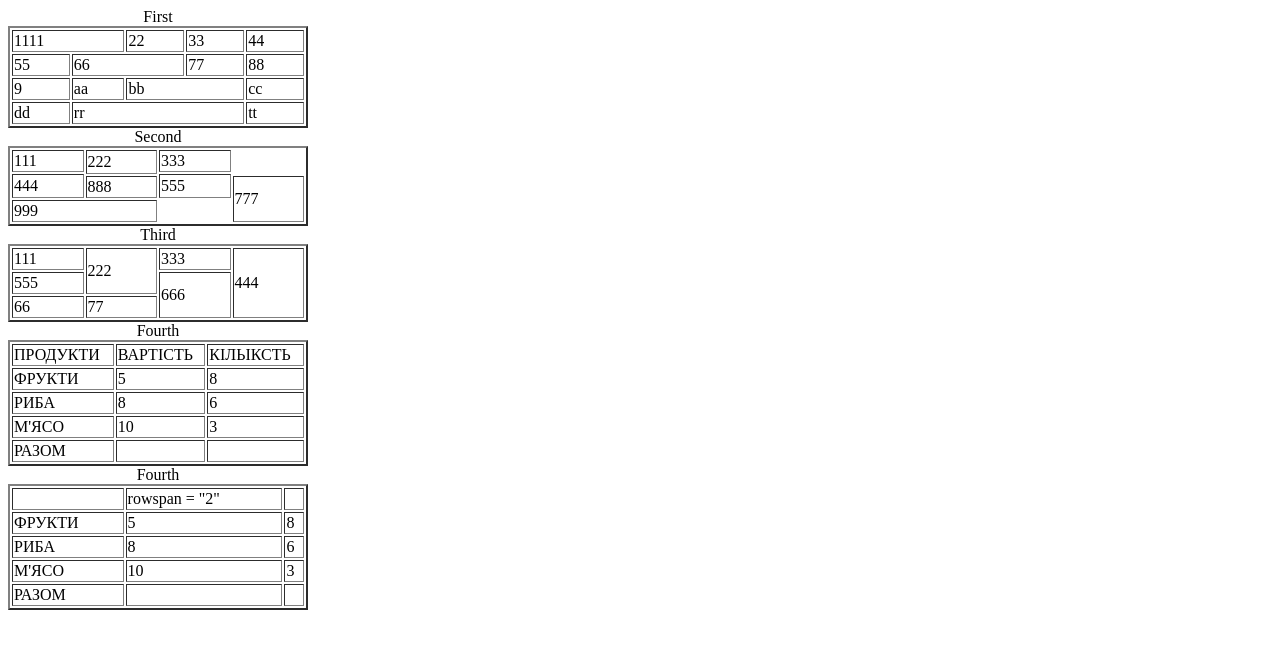
Repository: KseniaMakara/Web
Page: tables/index.html
The author's editor kept a copy of each file at every save. The page is drawn from the files as they stood at one save, then again after the next save.
The browser window is 1280 px wide. The pictures show the whole page.

Above is the page before, as saved 2021-02-14 14:44:14.

### tables/index.html
<table border="2px" width="300px">
    <caption> First <caption>
    <tr>
        <td colspan="2"> 1111 </td>
        <td> 22 </td>
        <td> 33 </td>
        <td> 44 </td>

    </tr>
    <tr>
        <td> 55 </td>
        <td colspan="2"> 66 </td>
        <td > 77 </td>
        <td> 88 </td>
    </tr>
    <tr>
        <td> 9 </td>
        <td > aa </td>
        <td colspan="2"> bb </td>
        <td> cc </td>
    </tr>
    <tr>
        <td> dd </td>
        <td colspan="3"> rr </td>
        <td> tt </td>
    </tr>

    </table>


    <table border="2px" width="300px">
        <caption> Second <caption>
        <tr>
            <td > 111 </td>
            <td rowspan="2">  222 </td>
            <td> 333 </td>

        </tr>
        <tr>
            <td rowspan="2"> 444 </td>
            <td rowspan="2"> 555 </td>

        </tr>
        <tr>
            <td> 888 </td>
            <td rowspan="3" > 777 </td>
        </tr>
        <tr>
            <td colspan = "2"> 999 </td>
        </tr>
        </table>

        <table border="2px" width="300px">
        <caption> Third <caption>
            <tr>
                <td > 111 </td>
                <td rowspan="2">  222 </td>
                <td> 333 </td>
                <td rowspan="3"> 444 </td>

            </tr>
            <tr>
                <td > 555 </td>
                <td rowspan="2"> 666 </td>

            </tr>
            <tr>
                <td> 66 </td>
                <td rowspan="3" > 77 </td>
            </tr>

            </table>

            <table border="2px" width="300px">
                <caption> Fourth <caption>
                    <tr>
                        <td > ПРОДУКТИ </td>
                        <td > ВАРТІСТЬ </td>
                        <td > КІЛЬІКСТЬ </td>

                    </tr>
                    <tr>
                        <td > ФРУКТИ </td>
                        <td > 5 </td>
                        <td > 8 </td>
                    </tr>

                    <tr>
                        <td > РИБА </td>
                        <td > 8 </td>
                        <td > 6 </td>
                    </tr>
                    <tr>
                        <td > М'ЯСО </td>
                        <td > 10 </td>
                        <td > 3 </td>
                    </tr>
                    <tr>
                        <td > РАЗОМ </td>
                        <td >  </td>
                        <td >  </td>
                    </tr>

                    </table>

                    <table border="2px" width="300px">
                <caption> Fourth <caption>
                    <tr>
                        <td >  </td>
                        <td > rowspan = "2" </td>
                        <td >  </td>

                    </tr>
                    <tr>
                        <td > ФРУКТИ </td>
                        <td > 5 </td>
                        <td > 8 </td>
                    </tr>

                    <tr>
                        <td > РИБА </td>
                        <td > 8 </td>
                        <td > 6 </td>
                    </tr>
                    <tr>
                        <td > М'ЯСО </td>
                        <td > 10 </td>
                        <td > 3 </td>
                    </tr>
                    <tr>
                        <td > РАЗОМ </td>
                        <td >  </td>
                        <td >  </td>
                    </tr>

                    </table>

After the next save:
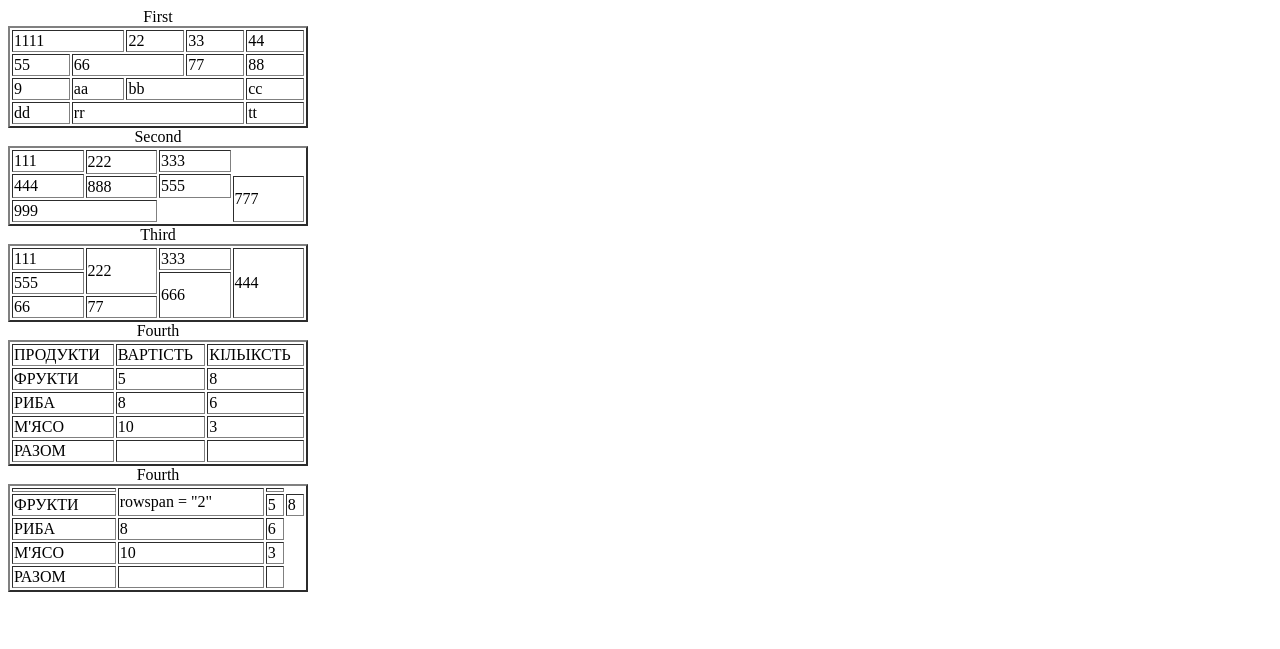
Saved 13 s later.
--- a/tables/index.html
+++ b/tables/index.html
@@ -107,7 +107,7 @@
                 <caption> Fourth <caption>
                     <tr>
                         <td >  </td>
-                        <td > rowspan = "2" </td>
+                        <td rowspan = "2"> rowspan = "2" </td>
                         <td >  </td>
 
                     </tr>
